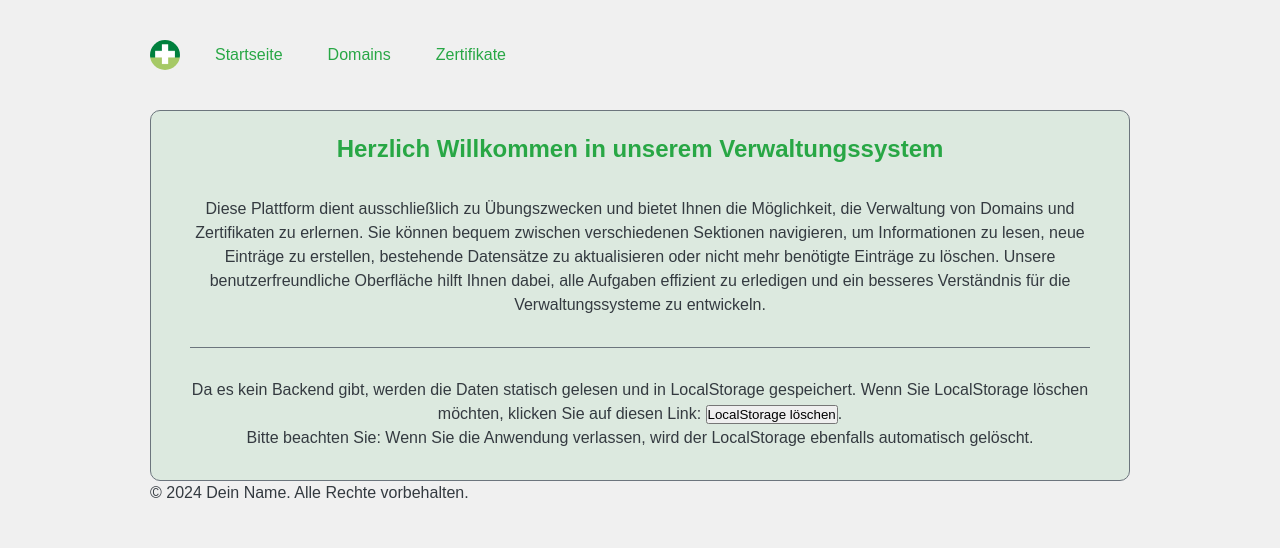
Repository: bajricadmir/verwaltungssystem-vanilla-html-css
Page: index.html
These files come from the project's save history. The page is drawn as it stood at one moment and after the next save; the edit follows.
The browser window is 1280 px wide. The pictures show the whole page.

Above is the page before, as saved 2024-10-14 11:50:21.

After the next save:
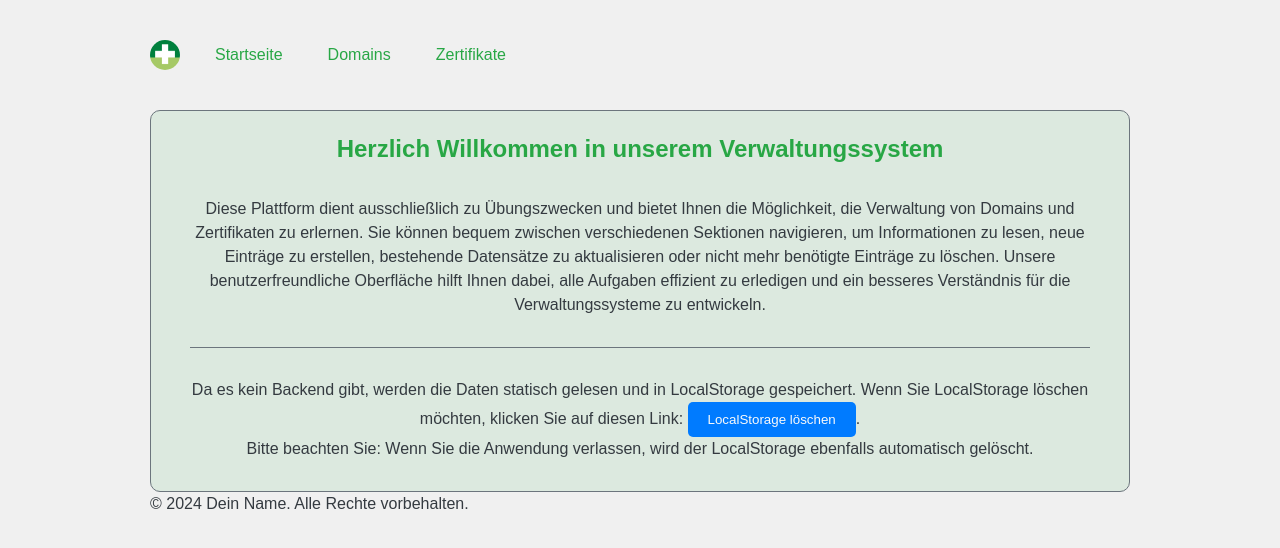
Saved 20 s later.
--- a/style.css
+++ b/style.css
@@ -119,3 +119,12 @@ table {
   background-color: var(--secondary-color);
   margin: 20px 0;
 }
+
+.btn {
+  background-color: var(--primary-color);
+  color: var(--light-color);
+  border: none;
+  padding: 10px 20px;
+  border-radius: 5px;
+  cursor: pointer;
+}
